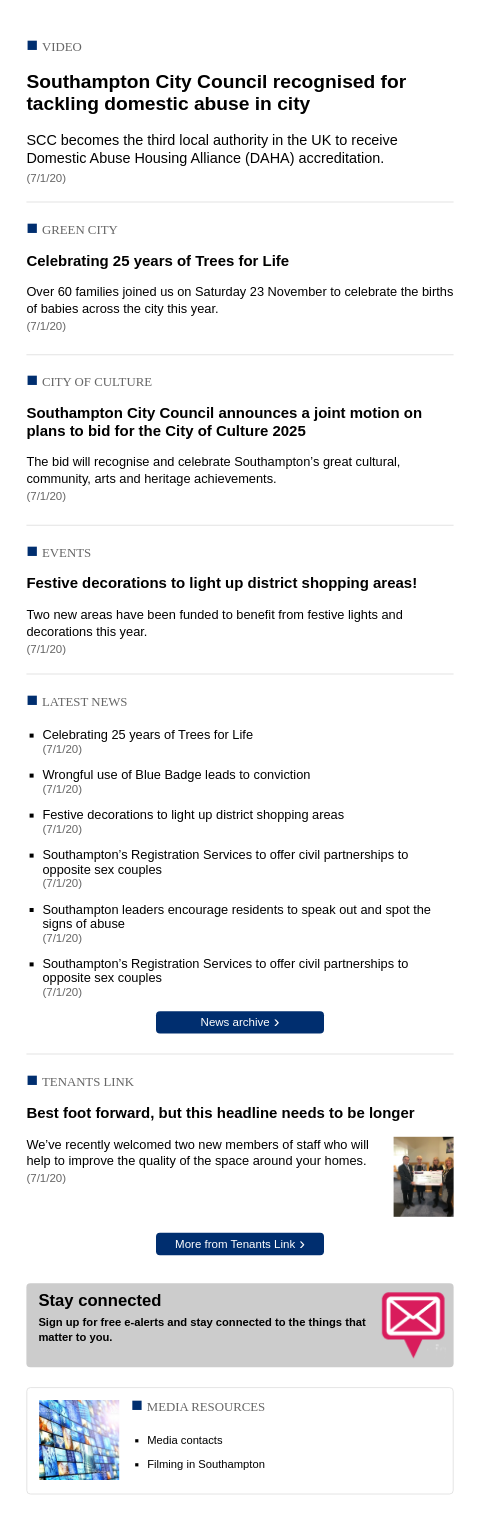
Repository: Domehead123/newspage
Page: index7.html
The author's editor kept a record of every edit. The page is drawn from the files as they stood at one moment, then again after the next edit.
The browser window is 600 px wide. The pictures show the whole page, at 80% of full size.
Some web libraries are served in a nearby version.

Above is the page before.

After the next edit:
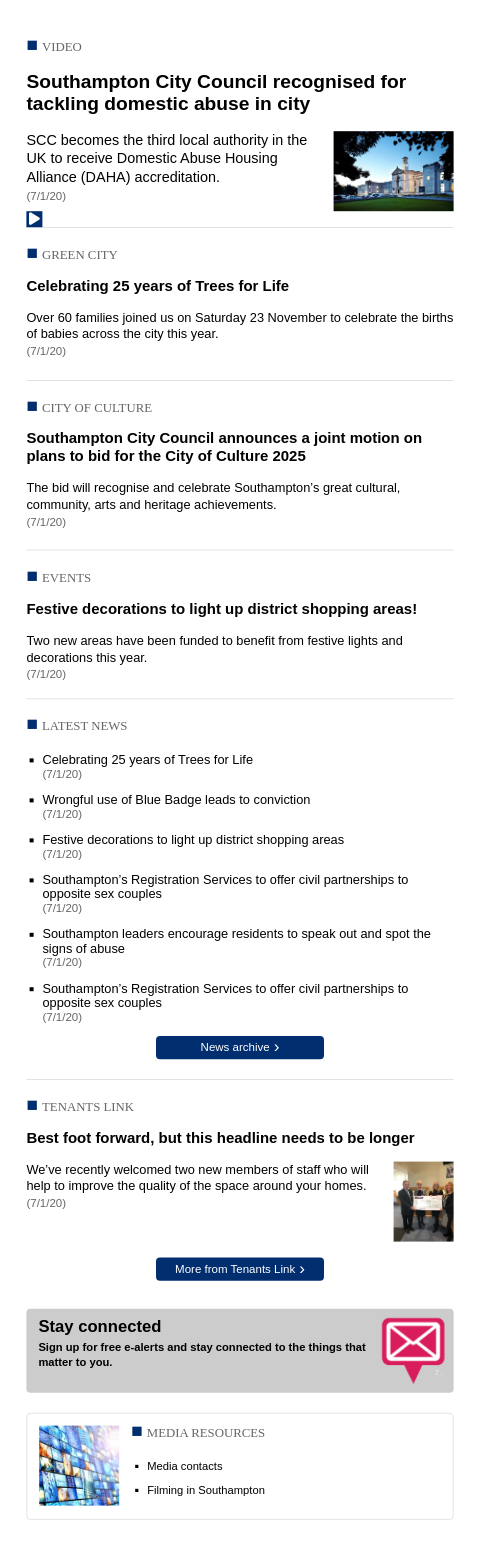
The edit:
--- a/news3.css
+++ b/news3.css
@@ -415,7 +415,7 @@
         display: none;
     }
 
-    .top-small-pic {
+    .small-image-wrapper {
         display: block;
     }
 
